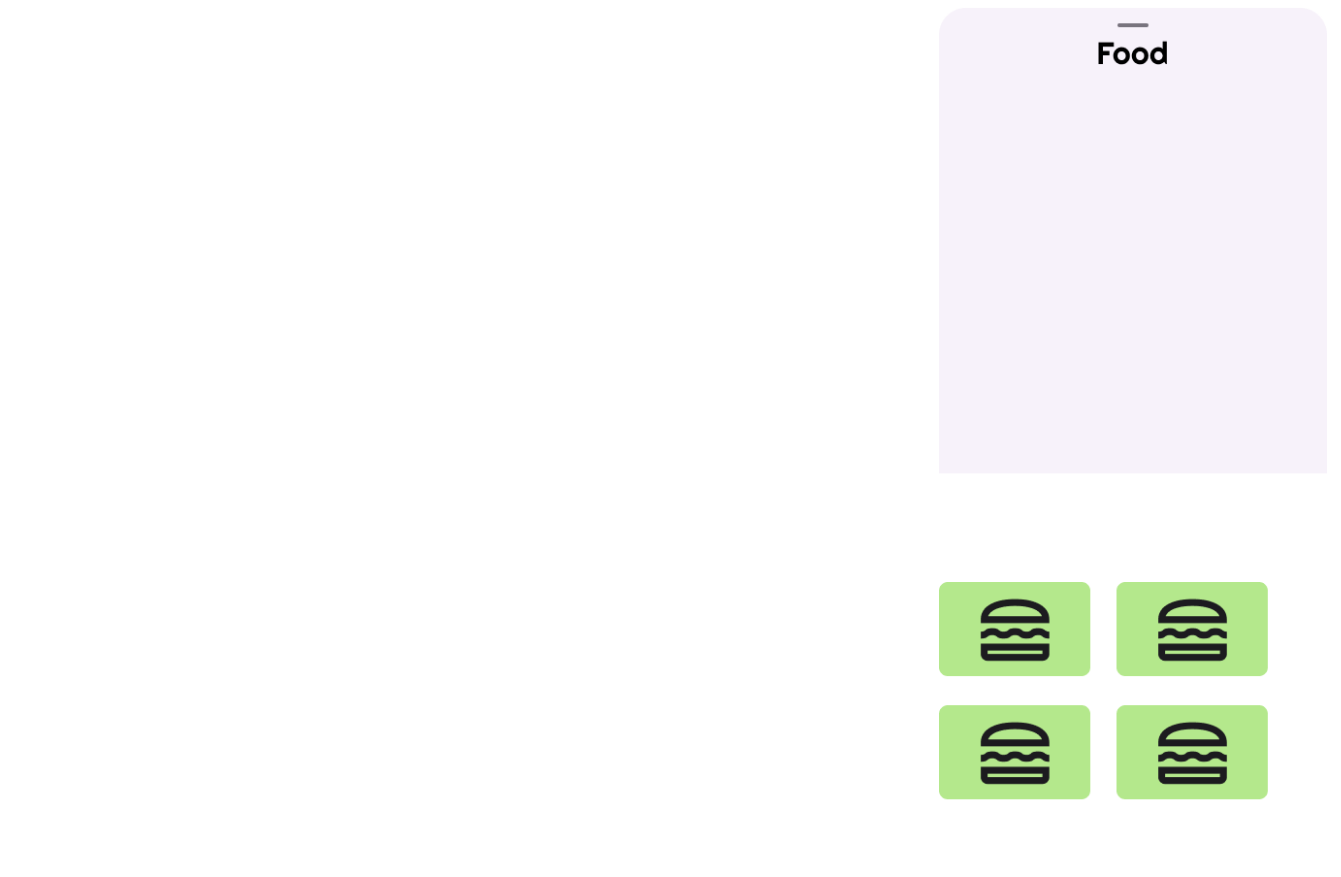
Repository: alemunden/Trash-Scavengers
Page: /Feed
An editor plug-in stored every save of this project. The page is shown before and after the next save, followed by the edit.
The browser window is 1280 px wide. The page is 1382 px wide, so the pictures cover 1382 px, including what lies to the right of the window. The pictures show the whole page, at 97% of full size.
The project was rebuilt for these pictures with package versions that can differ from the ones it lists, and the page was loaded fresh each time. The framework's server and built-in components were replaced by stand-ins that run in the browser. Also part of the build but not shown: next.config.mjs.

Above is the page before, as saved 2024-05-05 14:53:16.

### pages/Feed.js
import Image from "next/image"
import styles from '@/styles/Feed.module.css'

export default function Feed() {
    return(
        <>
            <div>
                <Image src={'/foodbuttons.png'} width={339} height={224} className={styles.foodButtons}/>
                <Image src={'/food.png'} width={400} height={480}/>
            </div>
        </>
    )
}

### styles/globals.css
:root {
    --white: #FFFFFF;
    --black: #000;
    --light-green: #B4E88C;
    --light-blue: #9EBAE5;
    --light-gray: #c5c5c5;
    --light-yellow: #F3CD70;
    --light-pink: #F3D9D9;
    --medium-green: #429600;
    --gold: #ED9F26;

}

html, body {
    overflow-x: hidden;
    background-color: var(--white);
    height: 896px;
    width: 414px;
    position: absolute;
    left: 30rem;
  }

main {
    padding: 1rem;
  }

li {
    list-style-type: none;
    cursor: pointer;
    margin: 1rem;
    width: 100%;
    padding: 0.5rem;
    color: #000105;
    background-color: var(--light-blue);
    border-radius: 1rem;
    border-bottom: 6px solid #7893bb;
    font-family: "Righteous", sans-serif;
    text-align: center;
    font-size: 1.5rem;
  }

.liHover:hover {
    background-color: #7893bb;
    columns: #fff;
}

.liSelected {
    color: #fff;
    background-color: #000925;
}

.homePageCard {
  margin-left: -5%;
  margin-top: 48%;
}

.searchBar {
  margin-left: -5%;
  margin-bottom: -48%;
}

.logInAndSettings {
  margin-left: 63%;
  margin-right: -5%;
  margin-top: 8%;
}

.dateIndex {
  font-family: 'Righteous';
  margin-bottom: -18%;
  margin-top: 8%;
}

.searchBarInfo {
  margin-left: -5%;
  margin-top: -0.1%;
}

.logInSettingsInfo {
  margin-left: 63%;
  margin-right: -5%;
  padding-left: 19px;
  padding-bottom: -10px;
  margin-top: 8%;
}

.infoCard {
  margin-left: -5%;
}

.logInSettingsDepots {
  margin-left: 64%;
  margin-right: -5%;
  padding-left: 9px;
  margin-top: 8%;
}

.searchBarDepots {
  margin-left: -5%;
}

.depotsCard {
  margin-left: -5%;
}

.logInSettingsYourDepots {
  margin-left: 50%;
  margin-right: -5%;
  padding-left: 65px;
  margin-top: 8%;
}

.searchBarYourDepots {
  margin-left: -5%;
}

.yourDepotsCard {
  margin-left: -5%;
}

### styles/Feed.module.css
.feedImage {
    position: absolute;
    bottom: 0;
}

.foodButtons {
    position: absolute;
    bottom: 5rem;
}

Loaded but not shown: pages/_app.js (common file); pages/_document.js (common file); pages/api/hello.js (common file)

After the next save:
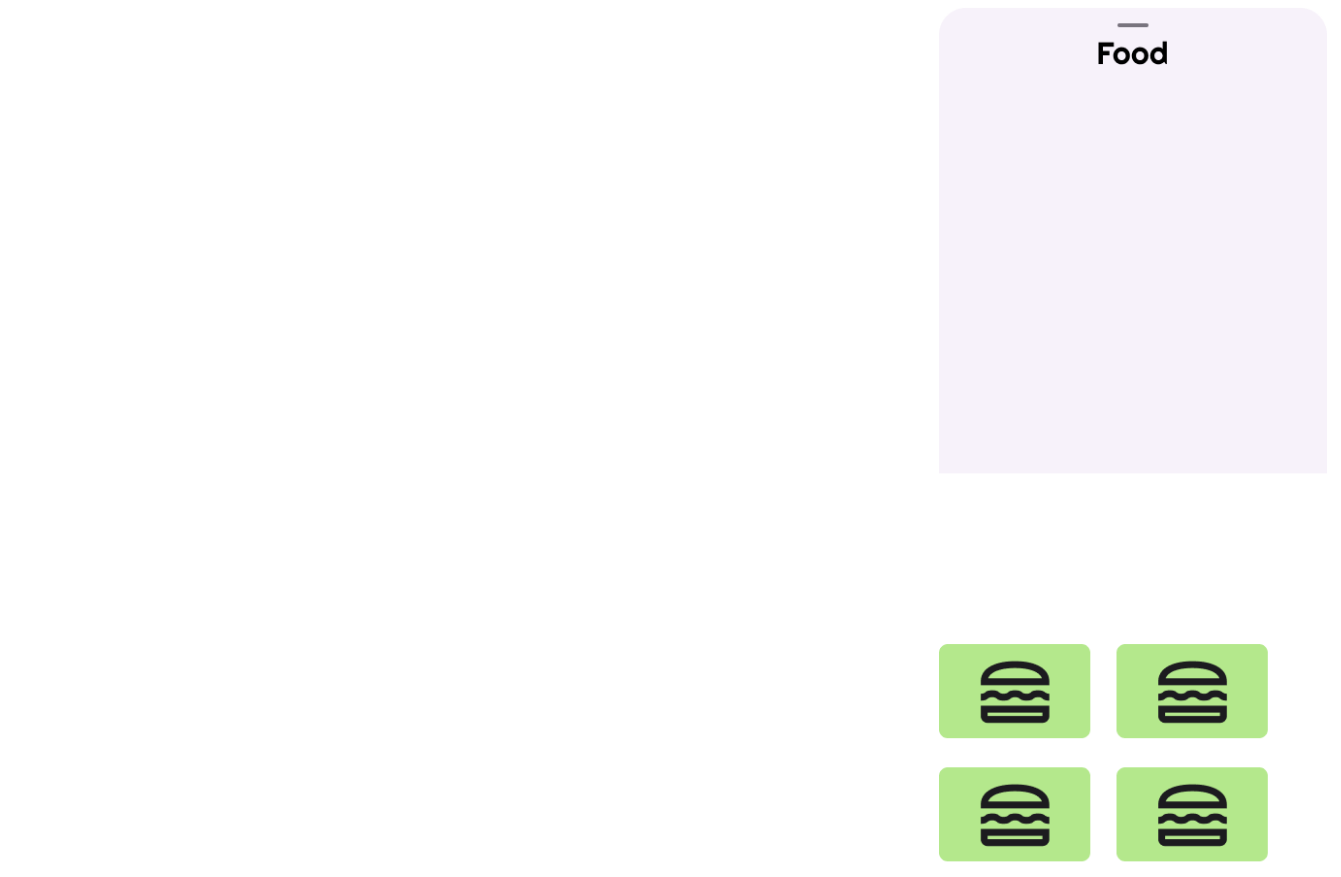
Saved 11 s later.
--- a/styles/Feed.module.css
+++ b/styles/Feed.module.css
@@ -5,5 +5,5 @@
 
 .foodButtons {
     position: absolute;
-    bottom: 5rem;
+    bottom: 1rem;
 }
